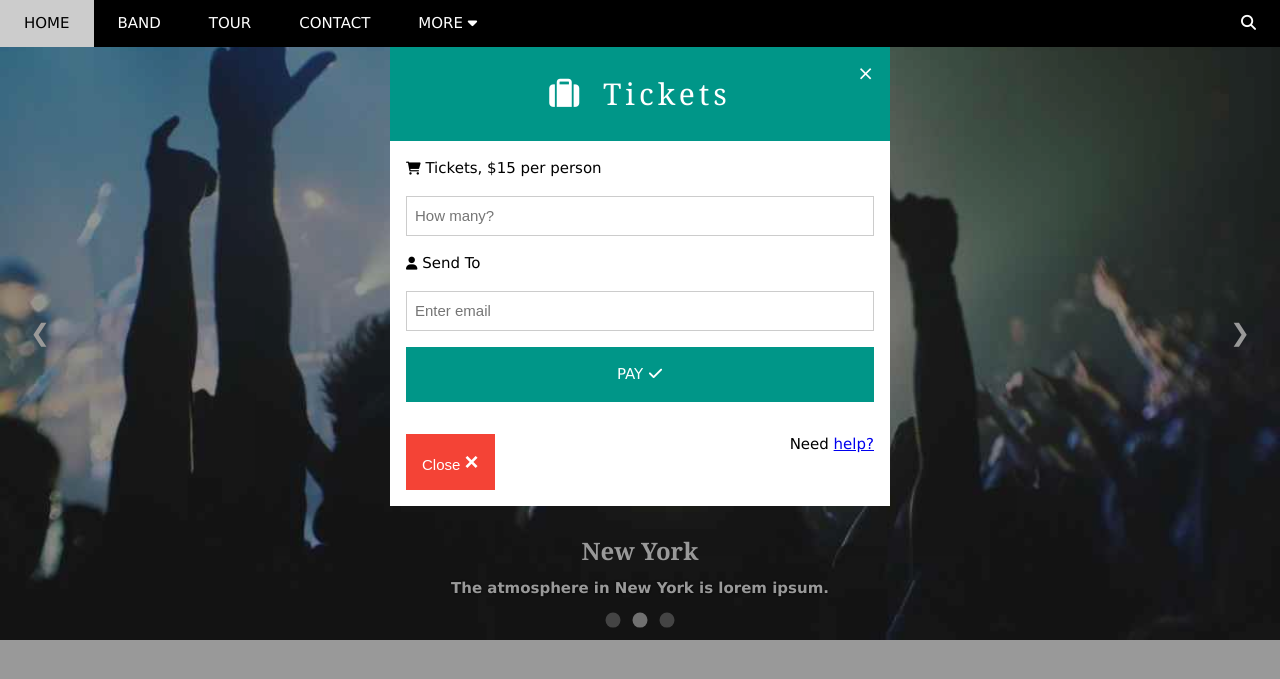
Repository: tam1512/The-Band
Page: index.html
These files come from the project's save history. The page is drawn as it stood at one moment and after the next save; the edit follows.
The browser window is 1280 px wide. The pictures show the window.
A layer covers the whole window, so only the first screen is drawn. Some web libraries are served in a nearby version.

Above is the page before, as saved 2022-07-24 10:49:46.

After the next save:
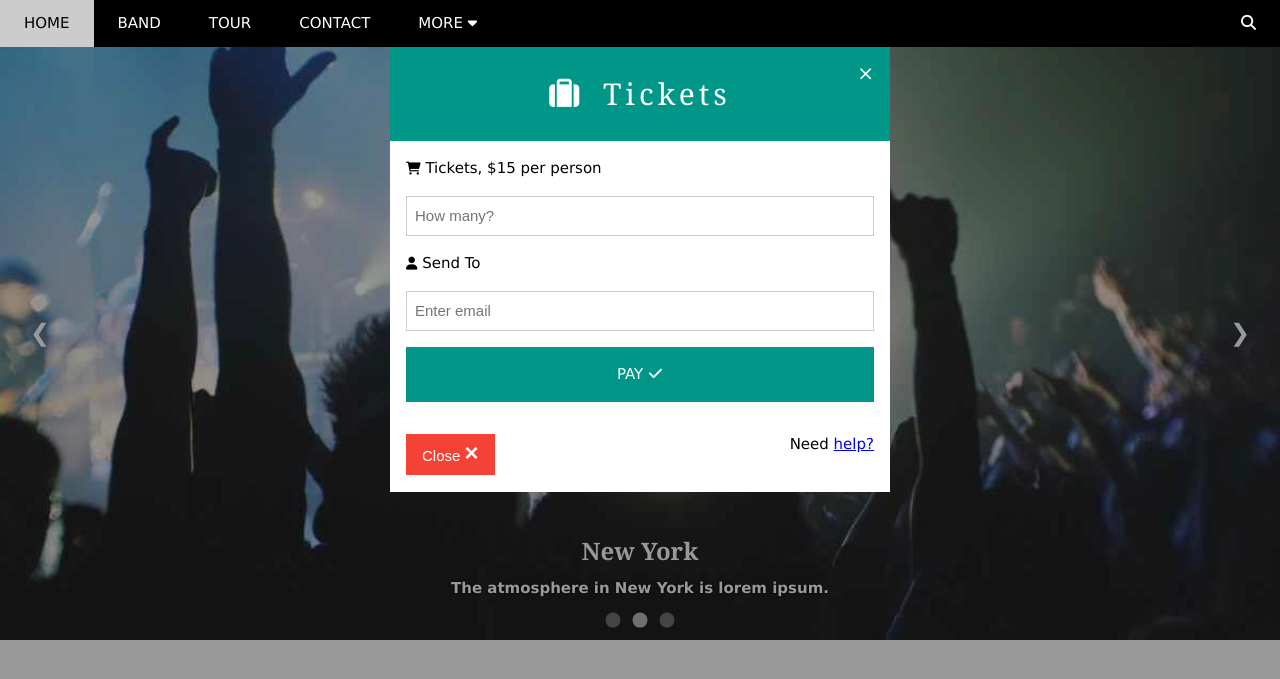
Saved 28 s later.
--- a/assets/css/style.css
+++ b/assets/css/style.css
@@ -459,8 +459,6 @@ li.header_nav_dropdown {
 
 .ticket-footer-close b {
   display: inline-block;
-  line-height: 40px;
-  /* line-height: 15px; */
   font-size: 24px;
   font-weight: bolder;
 }
